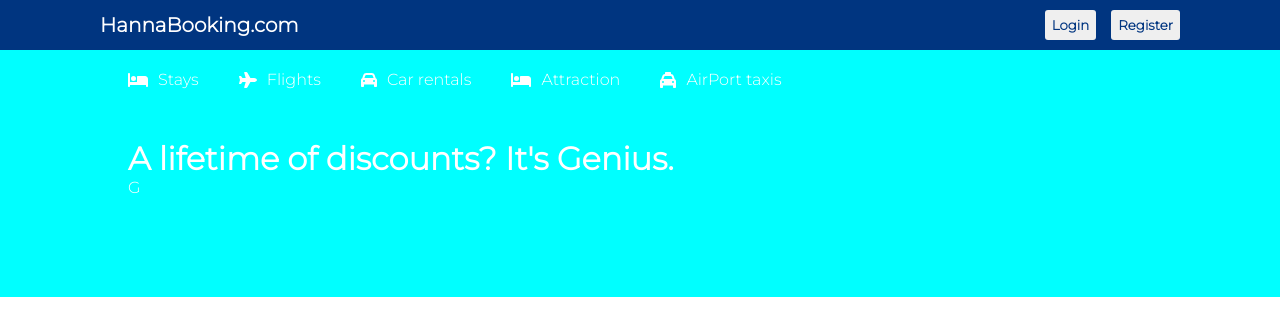
Repository: truongnguyenuit/BookingWebApp
Page: /
An editor plug-in stored every save of this project. The page is shown before and after the next save, followed by the edit.
The browser window is 1280 px wide. The pictures show the whole page.
The project was rebuilt for these pictures with package versions that can differ from the ones it lists, and the page was loaded fresh each time.

Above is the page before, as saved 2022-05-26 15:35:45.

### public/index.html
<!DOCTYPE html>
<html lang="en">
  <head>
    <meta charset="utf-8" />
    <meta name="viewport" content="width=device-width, initial-scale=1" />
    <meta
      name="description"
      content="Web site created using create-react-app"
    />
    <link
      href="https://fonts.googleapis.com/css2?family=Montserrat:wght@300&display=swap"
      rel="stylesheet"
    >
    <style>
      *{
        font-family: 'Montserrat', sans-serif;
        margin: 0;
      }
    </style>

    <title>HannaBooking</title>
  </head>
  <body>
    <noscript>You need to enable JavaScript to run this app.</noscript>
    <div id="root"></div>
  </body>
</html>

### src/App.js
import Home from "./pages/home/Home";
function App() {
  return (
    <Home />
  );
}

export default App;

### src/pages/home/Home.jsx
import React from 'react'
import Header from '../../components/header/Header';
import Navbar from '../../components/navbar/Navbar';
const Home = () => {
  return (
    <div>
      <Navbar />
      <Header />
    </div>
  )
}
export default Home;

### src/components/header/Header.jsx
import {
    faBed,
    faCalendarDays,
    faCar,
    faPerson,
    faPlane,
    faTaxi,
} from "@fortawesome/free-solid-svg-icons";
import { FontAwesomeIcon } from "@fortawesome/react-fontawesome";
import "./header.css";
// import { DateRange } from "react-date-range";
import { useState } from "react";
// import "react-date-range/dist/styles.css"; // main css file
// import "react-date-range/dist/theme/default.css"; // theme css file
// import { format } from "date-fns";
import { useNavigate } from "react-router-dom";
const Header = ({ type }) => {
    const [destination, setDestination] = useState("");
    const [openDate, setOpenDate] = useState(false);
    const [date, setDate] = useState([
        {
            startDate: new Date(),
            endDate: new Date(),
            key: "selection",
        }
    ]);
    const [openOptions, setOpenOptions] = useState(false);
    const [options, setOptions] = useState({
        adult: 1,
        children: 0,
        room: 1,
    });

    //const navigate = useNavigate();
    return (
        <div className="header">
            <div className="headerContainer">
                <div className="headerList">
                    <div className="headerListItem">
                        <FontAwesomeIcon icon={faBed} />
                        <span>Stays</span>
                    </div>
                    <div className="headerListItem">
                        <FontAwesomeIcon icon={faPlane} />
                        <span>Flights</span>
                    </div>
                    <div className="headerListItem">
                        <FontAwesomeIcon icon={faCar} />
                        <span>Car rentals</span>
                    </div>
                    <div className="headerListItem">
                        <FontAwesomeIcon icon={faBed} />
                        <span>Attraction</span>
                    </div>
                    <div className="headerListItem">
                        <FontAwesomeIcon icon={faTaxi} />
                        <span>AirPort taxis</span>
                    </div>
                </div>
                <>
                    <h1 className="HeaderTitle">
                        A lifetime of discounts? It's Genius.
                    </h1>
                    <p className="headerDesc">
                        G
                    </p>
                </>
            </div>
        </div>
    )
}
export default Header;

### src/components/navbar/Navbar.jsx
import React from 'react'
import "./navbar.css"
const Navbar = () => {
  return (
    <div className="navbar">
      <div className="navContainer">
        <span className="logo">HannaBooking.com</span>
        <div className="navItems">
          <button className="navButton">Login</button>
          <button className="navButton">Register</button>
        </div>
      </div>
    </div>
  )
}
export default Navbar;

### src/components/header/header.css
.header {
    background-color:aqua;
    color: white;
    display: flex;
    justify-content: center;
    position: relative;
}
.headerContainer {
    width:  100%;
    max-width: 1024px;
    margin: 20px 0px 100px 0px;
}
.headerList {
    display: flex;
    gap: 40px;
    margin-bottom: 50px;
}
.headerListItem {
    display: flex;
    align-items: center;
    gap: 10px;
}

### src/components/navbar/navbar.css
.navbar {
    height: 50px;
    background-color: #003580;
    display: flex;
    justify-content: center;
}
.navContainer {
    width: 100%;
    display: flex;
    justify-content: space-between;
    align-items: center;
    padding-left: 100px;
    padding-right: 100px;
}
.logo {
    font-weight: bold;
    font-size:20px ;
    color: white;
}
/* .navItems {
    width: 10.5%;
    display: flex;
    justify-content: space-between;
} */
.navButton {
    padding: 7px;
    border: none;
    border-radius: 3px;
    font-weight: bold;
    color: #003580;
    margin-left: 15px;
}

Loaded but not shown: src/index.js (common file)

After the next save:
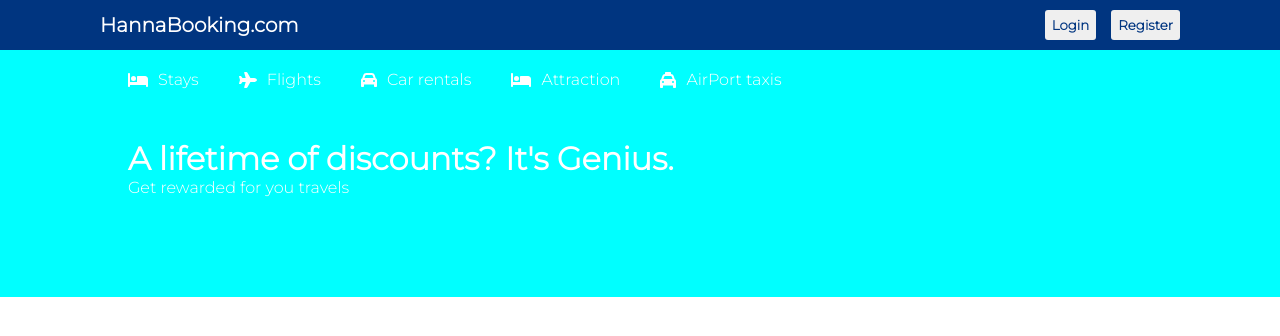
Saved 15 s later.
--- a/src/components/header/Header.jsx
+++ b/src/components/header/Header.jsx
@@ -62,7 +62,7 @@ const Header = ({ type }) => {
                         A lifetime of discounts? It's Genius.
                     </h1>
                     <p className="headerDesc">
-                        G
+                        Get rewarded for you travels
                     </p>
                 </>
             </div>
